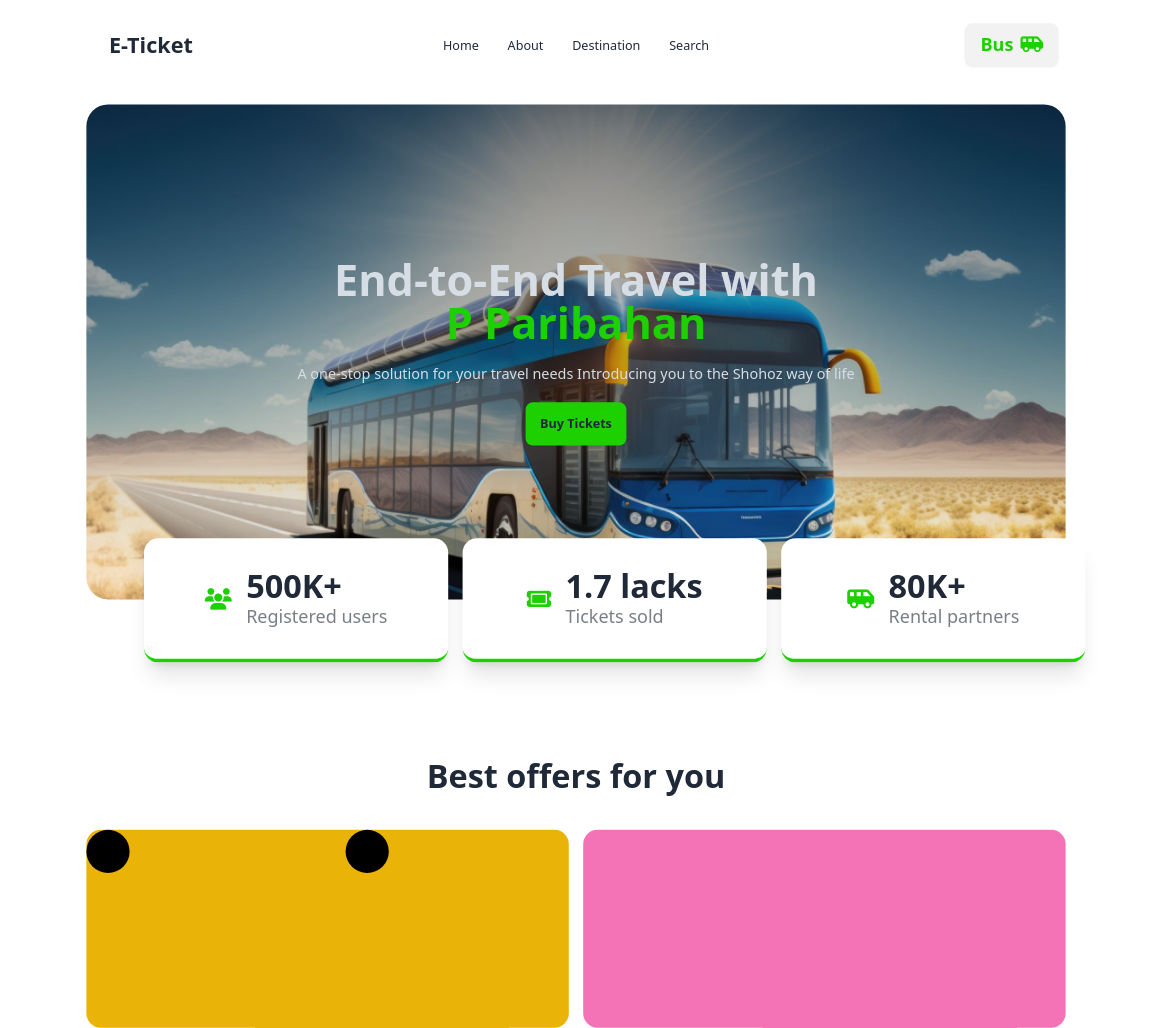
Repository: RudrasahaDibos/Smart-ticketing
Page: index.html
These files come from the project's save history. The page is drawn as it stood at one moment and after a run of saves; the edit follows.
The browser window is 1280 px wide. The pictures show the whole page, at 90% of full size.
Some web fonts or font styles are not loaded; a fallback is used. Some web libraries are served in a nearby version.

Above is the page before, as saved 2024-11-10 01:18:04.

After the next 3 saves:
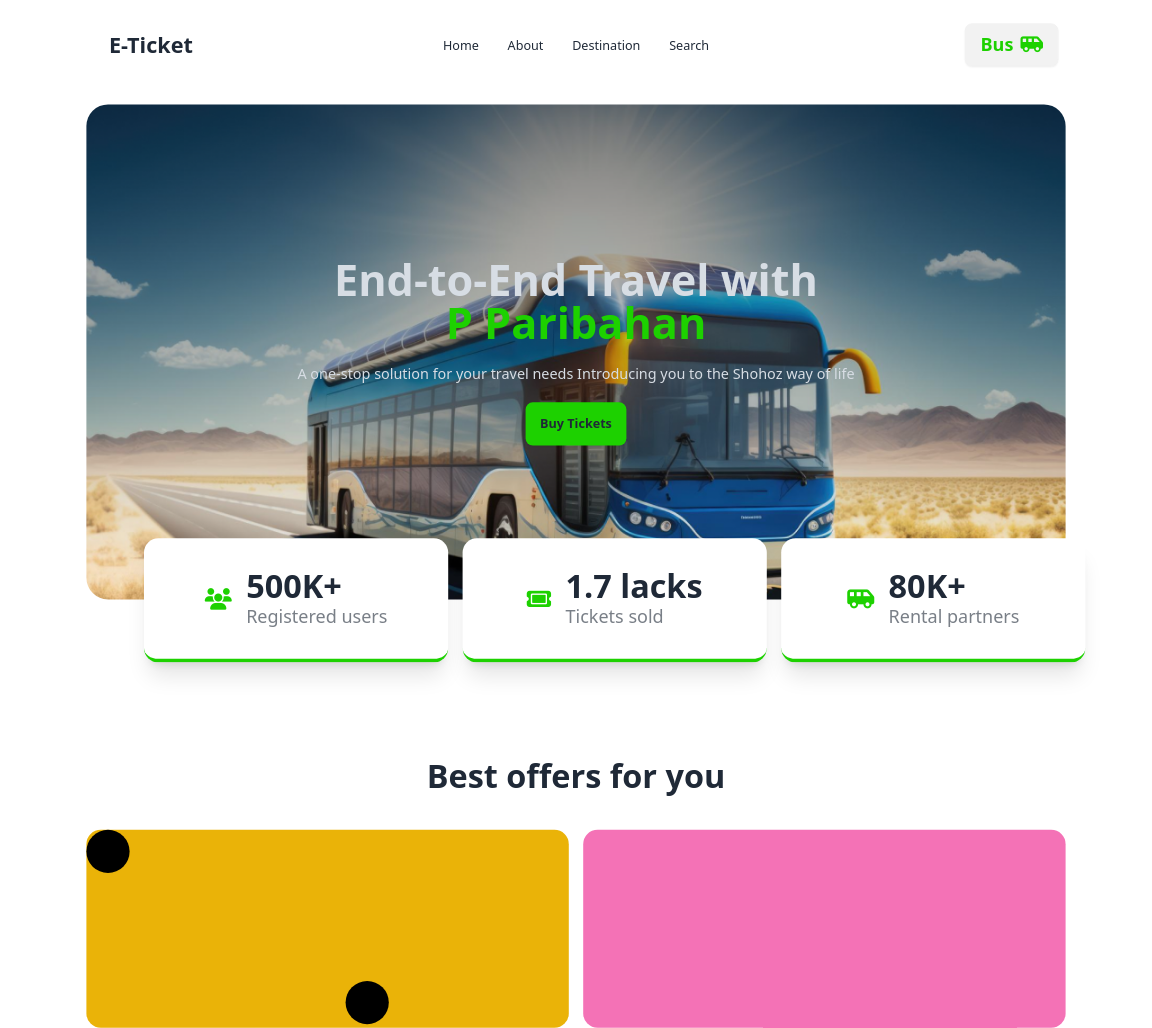
The 3 saves are shown as one change because they came seconds apart.
The last was saved 10 s later.
--- a/index.html
+++ b/index.html
@@ -156,7 +156,7 @@
 
                                 <div class="flex gap-4 mt-10">
                                     <div class="bg-yellow-500  w-[573px] h-[220px] relative rounded-2xl">
-                                               <p class="bg-black w-[48px] h-[48px] absolute mx-auto rounded-full ml-72  "></p>
+                                               <p class="bg-black w-[48px] h-[48px] absolute mx-auto rounded-full ml-72 bottom-1  "></p>
                                                <p class="bg-black w-[48px] h-[48px] absolute mx-auto rounded-full   "></p>
                                     </div>
                                     <div class="bg-pink-400   w-[573px] h-[220px] rounded-2xl">
